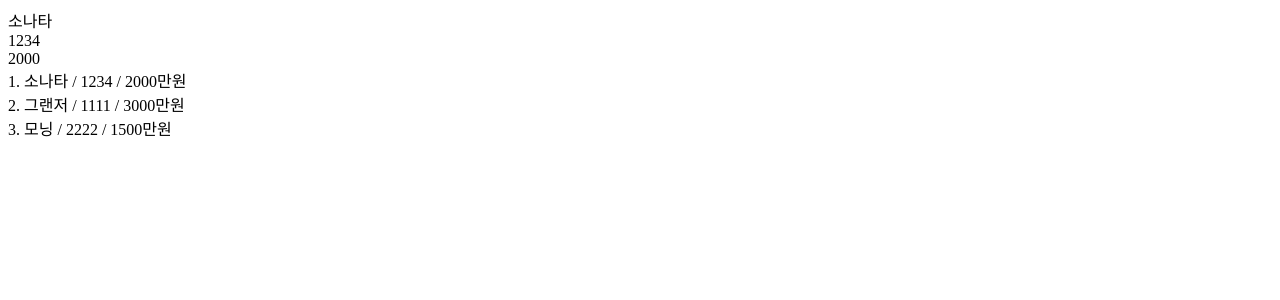
Repository: HaeunOh/study
Page: http://localhost/jstl_study/step-8.jsp
These files come from the project's save history. The page is drawn as it stood at one moment and after the next save; the edit follows.
The browser window is 1280 px wide. The pictures show the whole page.
The page is served by Tomcat 9.

Above is the page before, as saved 2024-04-11 06:12:41.

After the next save:
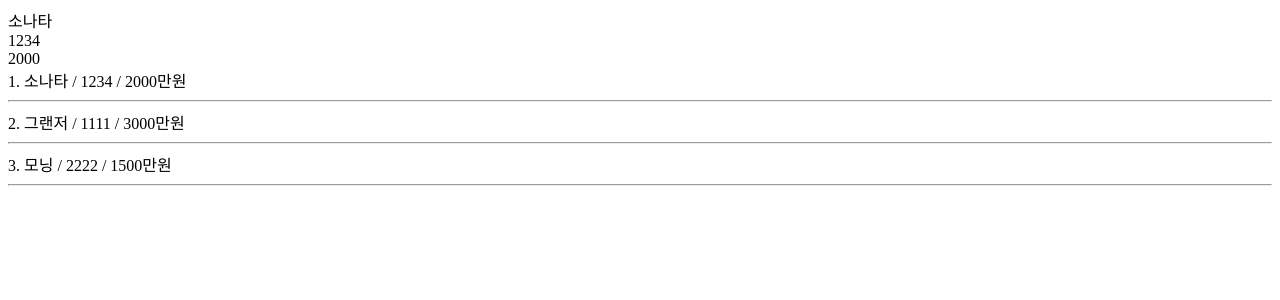
Saved 13 s later.
--- a/_jstl_workspace/jstl_study/src/main/webapp/step-8.jsp
+++ b/_jstl_workspace/jstl_study/src/main/webapp/step-8.jsp
@@ -29,7 +29,7 @@
 	%>
 
 	<c:forEach items="${list}" var="carList" varStatus="i">
-		 ${i.count}. ${carList.name } / ${carList.num } / ${carList.price }만원 <br>
+		 ${i.count}. ${carList.name } / ${carList.num } / ${carList.price }만원 <br><hr>
 	</c:forEach>
 
 </body>
